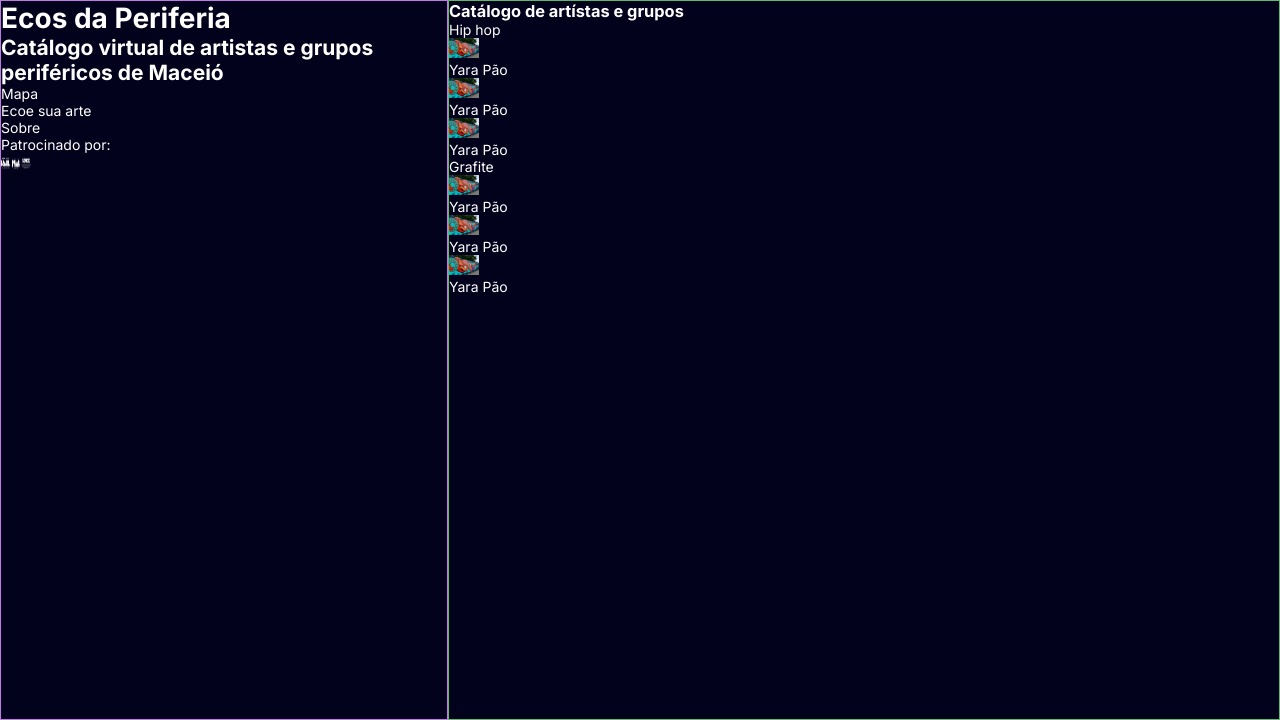
Repository: lucasthaynan/ecos-da-periferia
Page: index.html
These files come from the project's save history. The page is drawn as it stood at one moment and after the next save; the edit follows.
The browser window is 1280 px wide. The pictures show the whole page.

Above is the page before, as saved 2025-11-11 17:42:07.

### index.html
<!DOCTYPE html>
<html lang="pt-BR">

<head>
    <meta charset="UTF-8">
    <meta name="viewport" content="width=device-width, initial-scale=1.0">
    <link rel="stylesheet" href="style.css?v=1.0">
    <title>Ecos da Periferia</title>
</head>

<body>

    <header class="left">
        <div class="container">
            <h1>Ecos da Periferia</h1>
            <h2>Catálogo virtual de artistas e grupos periféricos de Maceió</h2>
            <div class="line"></div>
            <div class="menu">
                <div class="btn catalogo active"></div>
                <div class="btn mapa">Mapa</div>
                <div class="btn inscricao">Ecoe sua arte</div>
                <div class="btn sobre">Sobre</div>
            </div>
            <div class="logos">
                <p>Patrocinado por:</p>
                <div class="list-logos">
                    <img src="./imagens/logos.png" alt="" srcset="">
                </div>
            </div>
        </div>
    </header>

    <section class="catalogo">
        <h3>Catálogo de artístas e grupos</h3>
        <div class="container-grupos hiphop">
            <div class="chapeu">Hip hop</div>
            <div class="lista">
                <div class="artista-1">
                    <img src="./imagens/yara-pao.jpg" alt="" srcset="">
                    <p class="nome">Yara Pão</p>
                </div>
                <div class="artista-2">
                    <img src="./imagens/yara-pao.jpg" alt="" srcset="">
                    <p class="nome">Yara Pão</p>
                </div>
                <div class="artista-3">
                    <img src="./imagens/yara-pao.jpg" alt="" srcset="">
                    <p class="nome">Yara Pão</p>
                </div>

            </div>
        </div>


        <div class="container-grupos grafite">
            <div class="chapeu">Grafite</div>
            <div class="lista">
                <div class="artista-4">
                    <img src="./imagens/yara-pao.jpg" alt="" srcset="">
                    <p class="nome">Yara Pão</p>
                </div>
                <div class="artista-5">
                    <img src="./imagens/yara-pao.jpg" alt="" srcset="">
                    <p class="nome">Yara Pão</p>
                </div>
                <div class="artista-6">
                    <img src="./imagens/yara-pao.jpg" alt="" srcset="">
                    <p class="nome">Yara Pão</p>
                </div>

            </div>
        </div>



    </section>

    <script src="main.js?v=1.0"></script>

</body>

</html>

### style.css
@import url('https://fonts.googleapis.com/css2?family=Inter:ital,opsz,wght@0,14..32,100..900;1,14..32,100..900&family=Lato:ital,wght@0,100;0,300;0,400;0,700;0,900;1,100;1,300;1,400;1,700;1,900&family=Poppins:ital,wght@0,100;0,200;0,300;0,400;0,500;0,600;0,700;0,800;0,900;1,100;1,200;1,300;1,400;1,500;1,600;1,700;1,800;1,900&family=Raleway:ital,wght@0,100..900;1,100..900&display=swap');

:root {
    --bg-page: #02021C;
    --bg-menu: linear-gradient(40deg, #311E6D, #C17AE4);
    --font-color: #C1B3D6;
}

* {
    margin: 0;
    padding: 0;
    box-sizing: border-box;
}

body {
    background-color: var(--bg-page);
    font-family: "Inter", sans-serif;
    font-weight: 400;
    font-style: normal;
    color: #ffffff;
    display: flex;
    font-size: 14px;
    width: 100vw;
    height: 100vh;
    justify-content: space-between;
    align-items: center
}

img {
    width: 30px;
    height: 20px;
}



header {
    width: 35vw;
    height: 100vh;
    border: #C17AE4 solid 1px;
}

section {
    width: 65vw;
    height: 100vh;
    border: #5db872 solid 1px;
}

Loaded but not shown: main.js (no stored copy; drawn as an empty file)

After the next save:
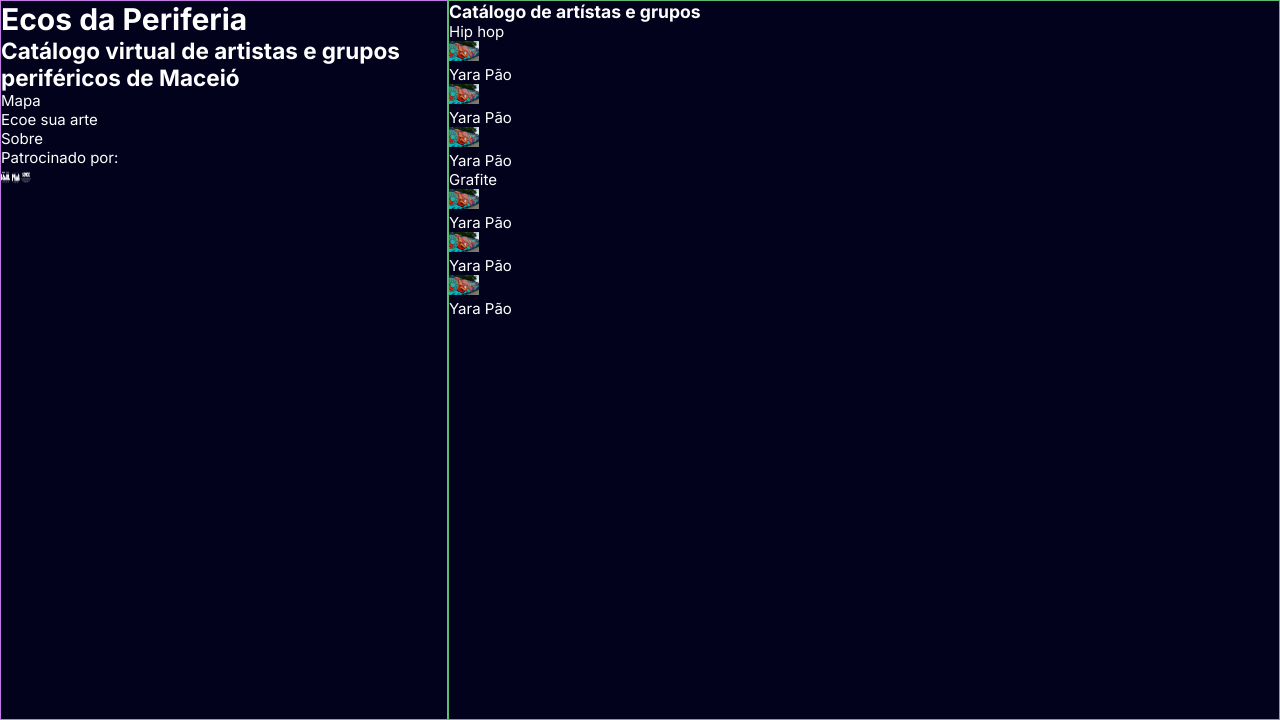
Saved 8 s later.
--- a/style.css
+++ b/style.css
@@ -19,7 +19,7 @@
     font-style: normal;
     color: #ffffff;
     display: flex;
-    font-size: 14px;
+    font-size: 15px;
     width: 100vw;
     height: 100vh;
     justify-content: space-between;
